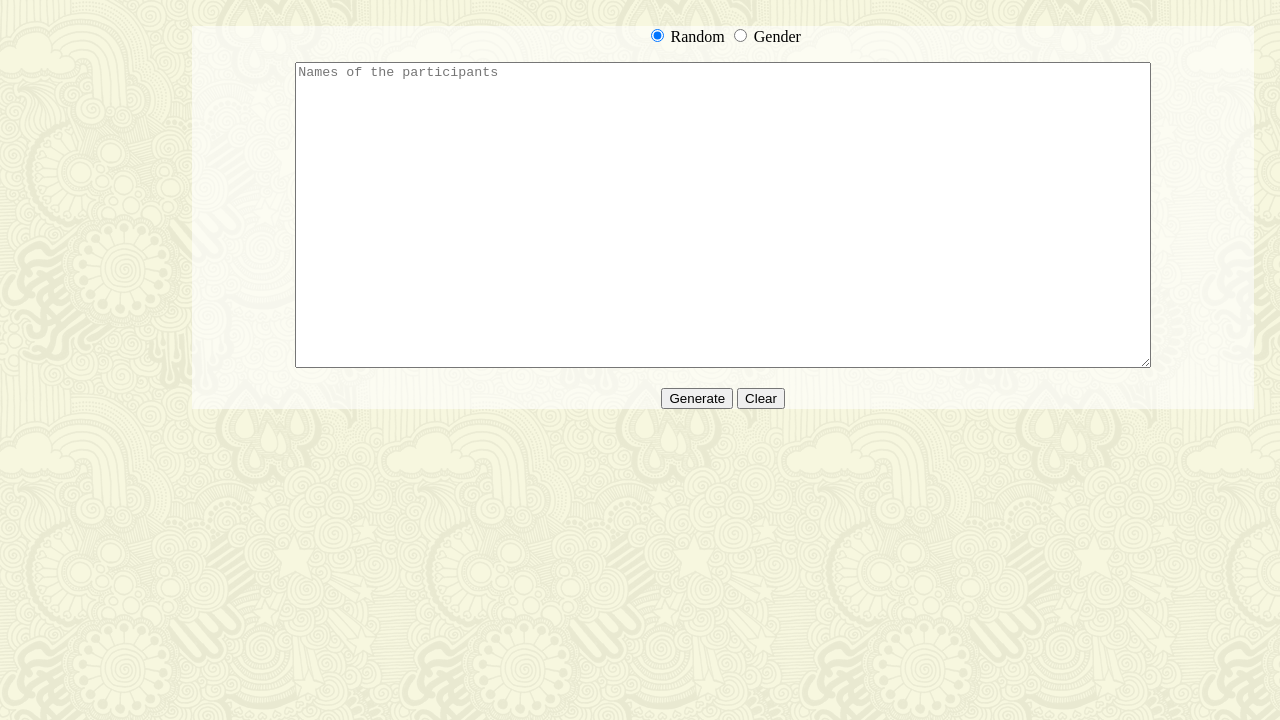
Repository: Maxenboy/Computer-Engineering-BA-A-Web-Programming-with-HTML5-CSS3-and-JavaScript-DT146G
Page: Mittuniversitet/TeamGenerator/index.html
An editor plug-in stored every save of this project. The page is shown before and after the next save, followed by the edit.
The browser window is 1280 px wide. The pictures show the whole page.

Above is the page before, as saved 2014-09-22 15:14:33.
Console error: ReferenceError: init is not defined

### Mittuniversitet/TeamGenerator/index.html
<!DOCTYPE html>

<!--  Max Åberg
mabe1411
aaberg.max@gmail.com   -->

<html>
	<head>
		<meta charset="utf-8" />
		<title>TeamGenerator</title>
		<link type="text/css" rel="stylesheet" href="css/main.css">
		<link rel="shortcut icon" type="image/png" href="img/favicon.ico">
		<script src="javascript/main.js"></script>
	</head>
	<body onload="init()">
		<section>
			<form >
				<p>
					<input type="radio" value="random" name="foo" id="random" checked>
					Random
					<input type="radio" value="random" name="foo" id="gender">
					Gender
				</p>
				<p id="textarea">
					<textarea cols="5" rows="20" wrap="physical" id="textarea" placeholder="Names of the participants" ></textarea>
				</p>
				<p>
					<input type="submit" value="Generate" />
					<input type="reset" value="Clear" />
				</p>

			</form>
		</section>
	</body>
</html>

### Mittuniversitet/TeamGenerator/css/main.css
/*  Max Åberg
 mabe1411
 aaberg.max@gmail.com   */

html {
	background: url(../img/skulls.png) fixed;
	text-align: center;
}
body {
	background-color: rgba(255,255,255,.6);
	margin: 2% 2% 15% 15%;
}
textarea {
	width: 80%;
}

Loaded but not shown: Mittuniversitet/TeamGenerator/javascript/main.js (no copy from this time; the picture is the same without it)

After the next save:
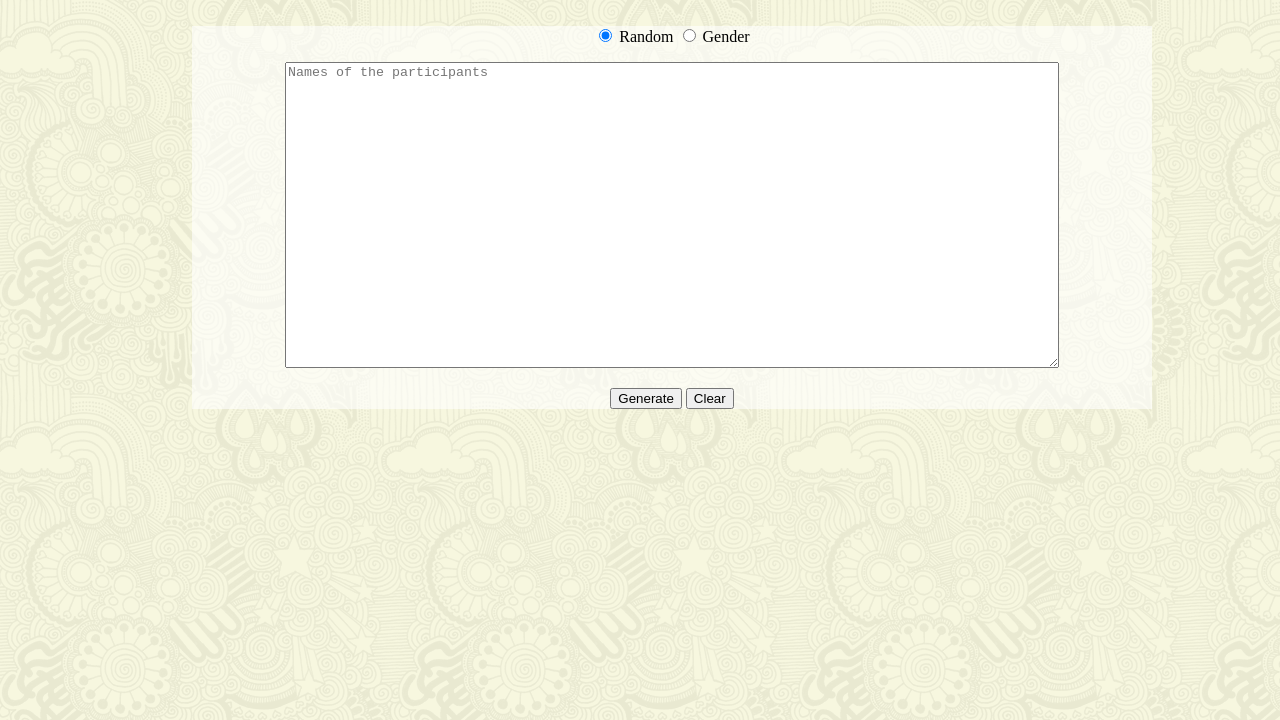
Saved 26 s later.
--- a/Mittuniversitet/TeamGenerator/css/main.css
+++ b/Mittuniversitet/TeamGenerator/css/main.css
@@ -8,7 +8,7 @@
 }
 body {
 	background-color: rgba(255,255,255,.6);
-	margin: 2% 2% 15% 15%;
+	margin: 2% 10% 15% 15%;
 }
 textarea {
 	width: 80%;
